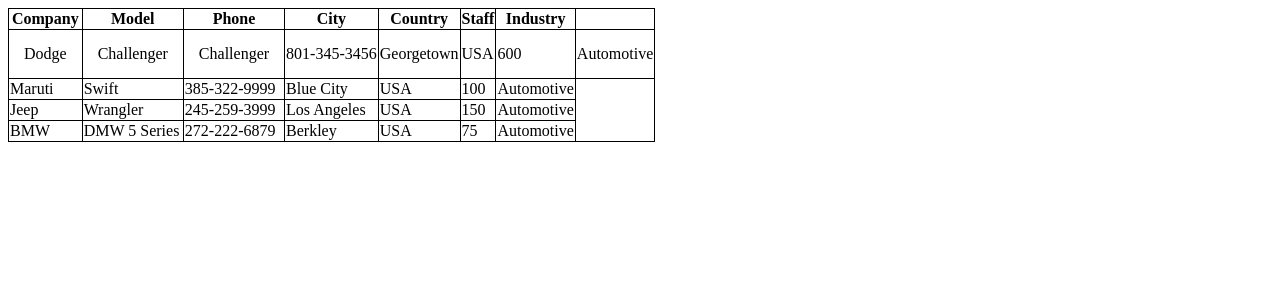
Repository: vgoins-RA2022/HTML-2
Page: index.html
These files come from the project's save history. The page is drawn as it stood at one moment and after a run of saves; the edit follows.
The browser window is 1280 px wide. The pictures show the whole page.

Above is the page before, as saved 2023-01-21 22:22:43.

### index.html
<!DOCTYPE html>
<html lang="en">

<head>
  <meta charset="UTF-8">
  <meta name="viewport" content="width=device-width, initial-scale=1">
  <link rel="stylesheet" href="../HTML-2/src/css/Style.css" type="text/css">
  <title>HTML Table Assignment 2</title>
</head>

<body>
  <!-- Build Table -->
  <table>
    <thead>
      <tr>
        <!-- Name colomn headings -->
        <th>Company</th>
        <th>Model</th>
        <th>Phone</th>
        <th>City</th>
        <th>Country</th>
        <th>Staff</th>
        <th>Industry</th>
      </tr>
    </thead>
    <tbody>
      <tr>
        <!--Beginning table data  -->
        <td class="table-cell-padding">Dodge</td>
        <td class="table-cell-padding">Challenger</td>
        <td class="table-cell-padding">Challenger</td>
        <td>801-345-3456</td>
        <td>Georgetown</td>
        <td>USA</td>
        <td>600</td>
        <td>Automotive</td>
      </tr>
       <tr>
        <td>Maruti</td>
        <td>Swift</td>
        <td>385-322-9999</td>
        <td>Blue City</td>
        <td>USA</td>
        <td>100</td>
        <td>Automotive</td>
      </tr><tr>
        <td>Jeep</td>
        <td>Wrangler</td>
        <td>245-259-3999</td>
        <td>Los Angeles</td>
        <td>USA</td>
        <td>150</td>
        <td>Automotive</td>
      </tr>
      <tr>
        <td>BMW</td>
        <td>DMW 5 Series</td>
        <td>272-222-6879</td>
        <td>Berkley</td>
        <td>USA</td>
        <td>75</td>
        <td>Automotive</td>
      </tr>
    </tbody>
    <!-- Ending table data -->
  </table>

 </body>

</html>

### src/css/Style.css

table, th, td {
  border: 1px solid black;
  border-collapse: collapse;
}

  .table-cell-padding {
    padding: 15px;
  }

After the next 2 saves:
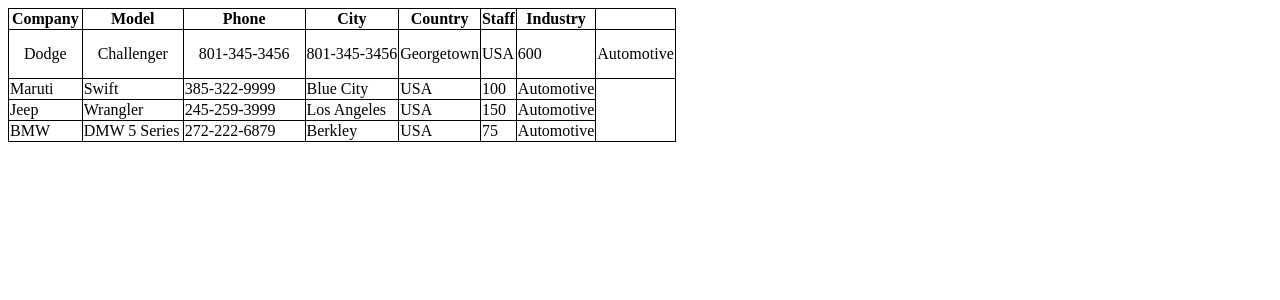
The 2 saves are shown as one change because they came seconds apart.
The last was saved 18 s later.
--- a/index.html
+++ b/index.html
@@ -28,7 +28,7 @@
         <!--Beginning table data  -->
         <td class="table-cell-padding">Dodge</td>
         <td class="table-cell-padding">Challenger</td>
-        <td class="table-cell-padding">Challenger</td>
+        <td class="table-cell-padding">801-345-3456</td>
         <td>801-345-3456</td>
         <td>Georgetown</td>
         <td>USA</td>
